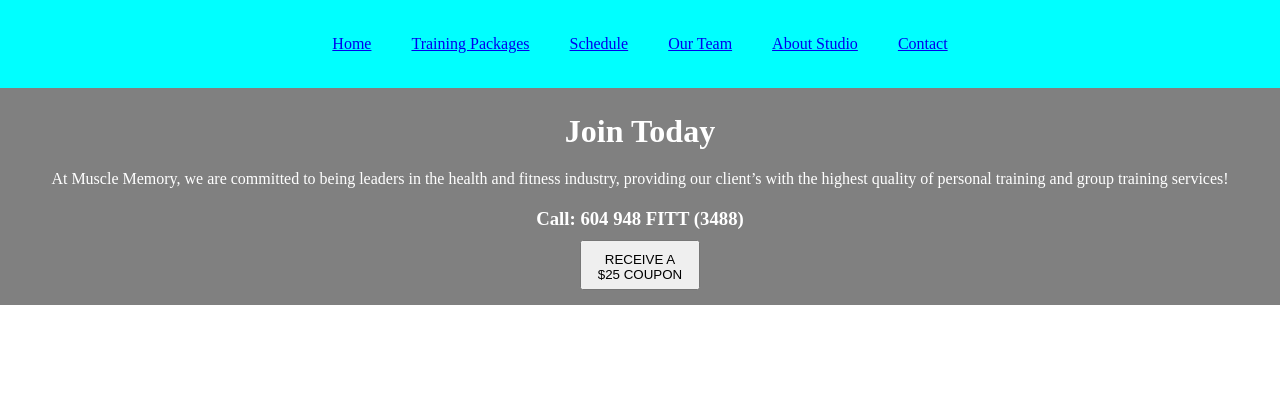
Repository: MujtabaHabib/muscle-memory-website
Page: index.html
An editor plug-in stored every save of this project. The page is shown before and after a run of saves, followed by the edit.
The browser window is 1280 px wide. The pictures show the whole page.

Above is the page before, as saved 2026-01-27 02:17:25.

After the next 2 saves:
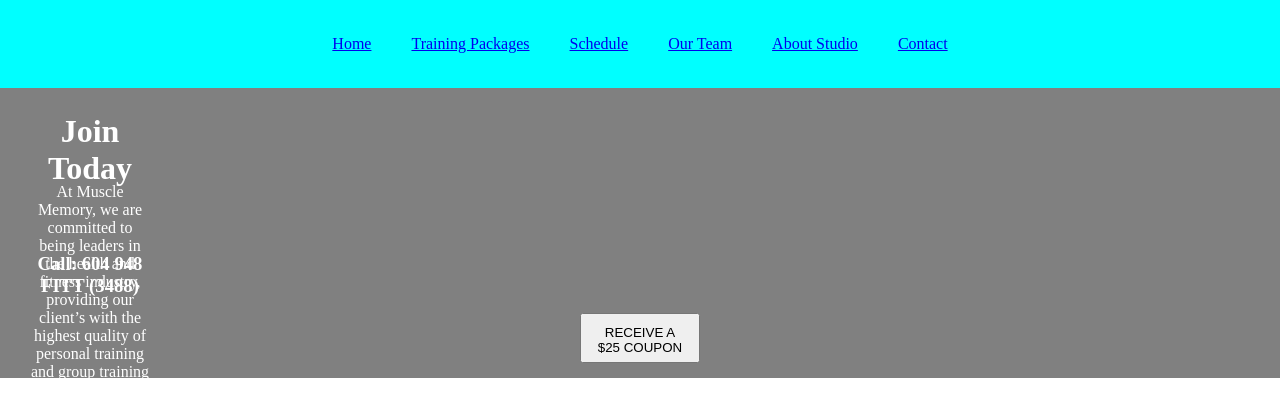
The 2 saves are shown as one change because they came seconds apart.
The last was saved 18 s later.
--- a/style.css
+++ b/style.css
@@ -55,5 +55,7 @@
 .details p,
 .details button {
     padding: 10px 15px 10px;
+    height: 50px;
+    width: 120px;
 
 }

After the save that followed:
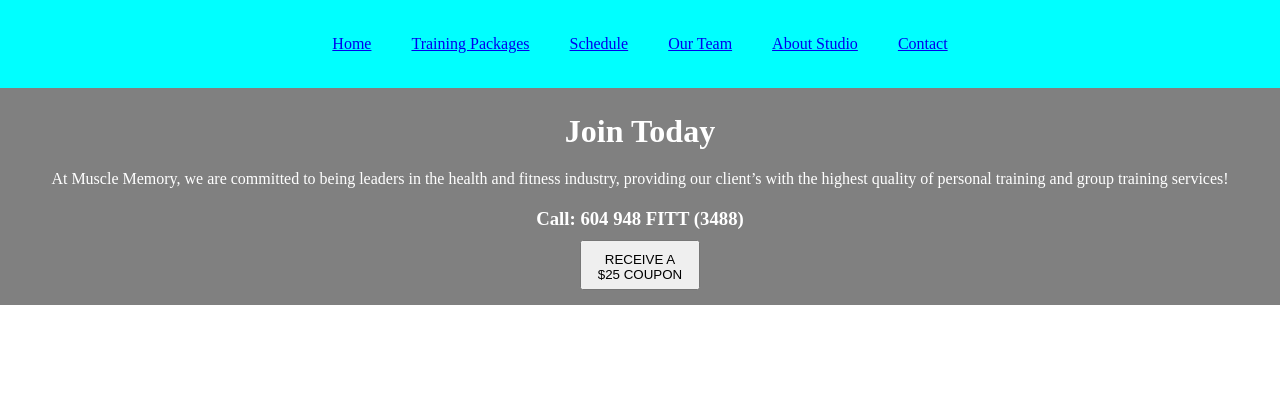
Saved 6 s later.
--- a/style.css
+++ b/style.css
@@ -55,7 +55,6 @@
 .details p,
 .details button {
     padding: 10px 15px 10px;
-    height: 50px;
-    width: 120px;
+
 
 }
